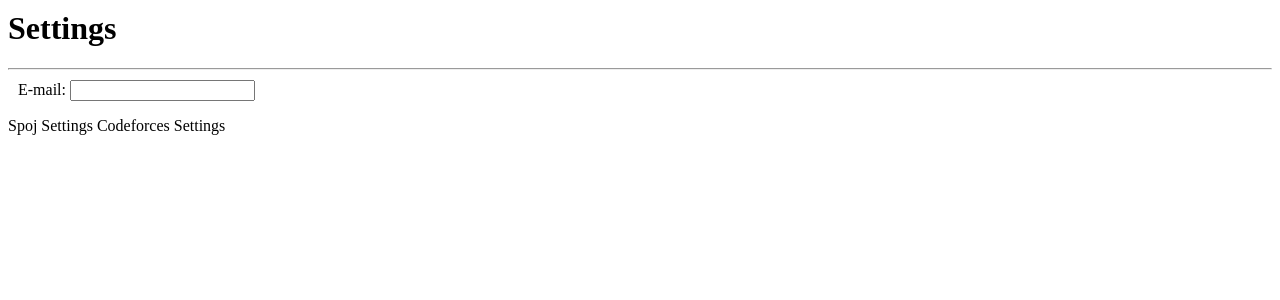
Repository: cjtoribio/algopit
Page: nodejs/public/partials/settings.html
The author's editor kept a record of every edit. The page is drawn from the files as they stood at one moment, then again after the next edit.
The browser window is 1280 px wide. The pictures show the whole page.

Above is the page before.

After the next edit:
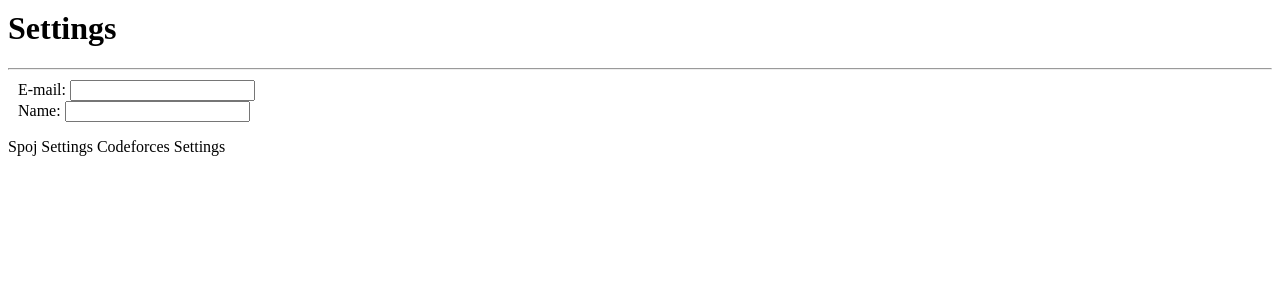
The edit:
--- a/nodejs/public/partials/settings.html
+++ b/nodejs/public/partials/settings.html
@@ -9,6 +9,12 @@
 			                    <div class="input-group">
 			                        <label>
 			                            E-mail:
+			                            <input type="text" name=""/>
+			                        </label>
+			                    </div>
+			                    <div class="input-group">
+			                        <label>
+			                            Name:
 			                            <input type="text" name=""/>
 			                        </label>
 			                    </div>
